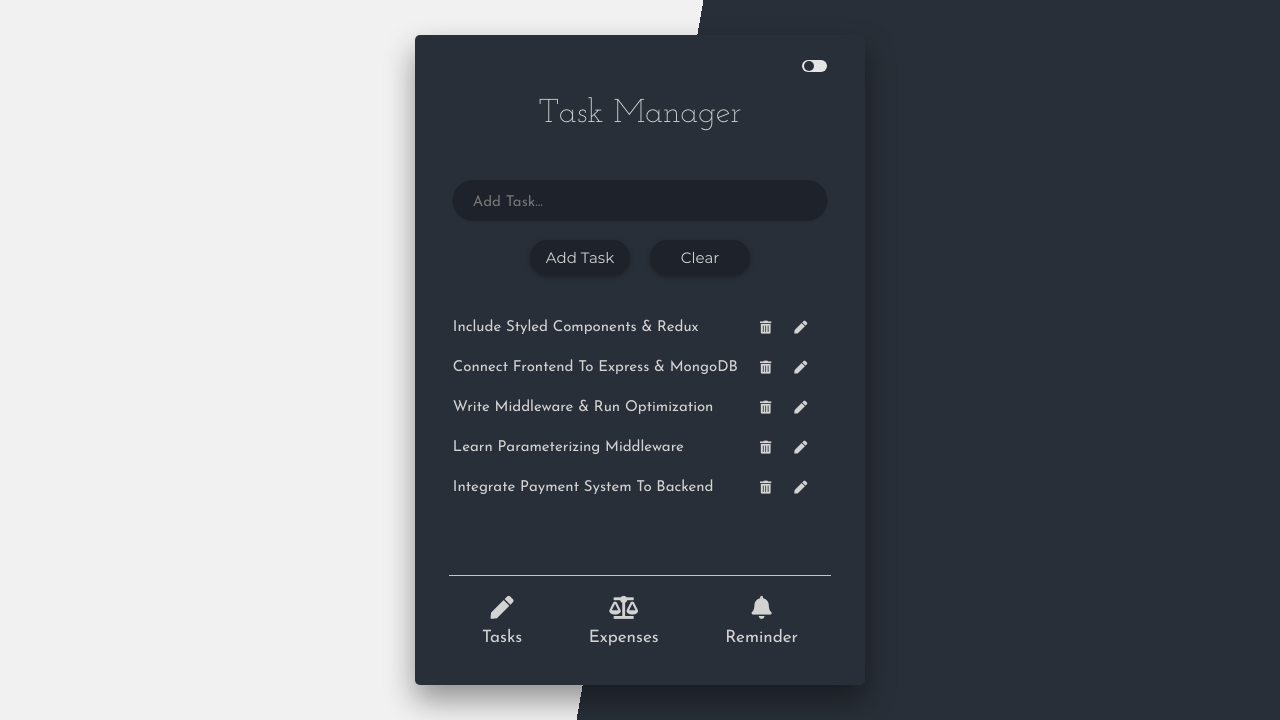
Repository: Kol124/react-task-manager
Page: /
These files come from the project's save history. The page is drawn as it stood at one moment and after the next save; the edit follows.
The browser window is 1280 px wide. The pictures show the whole page.
The project was rebuilt for these pictures with package versions that can differ from the ones it lists, and the page was loaded fresh each time. Also part of the build but not shown: src/reducer/ExpenseReducer.js, src/context/ExpenseContext.js, src/components/expenses/Balance.js, src/components/expenses/IncomeExpenses.js, src/components/expenses/Transaction.js, src/components/expenses/TransactionList.js, src/components/expenses/AddTransaction.js, src/components/expenses/Expense.js and 1 more.

Above is the page before, as saved 2021-06-25 18:31:58.

After the next save:
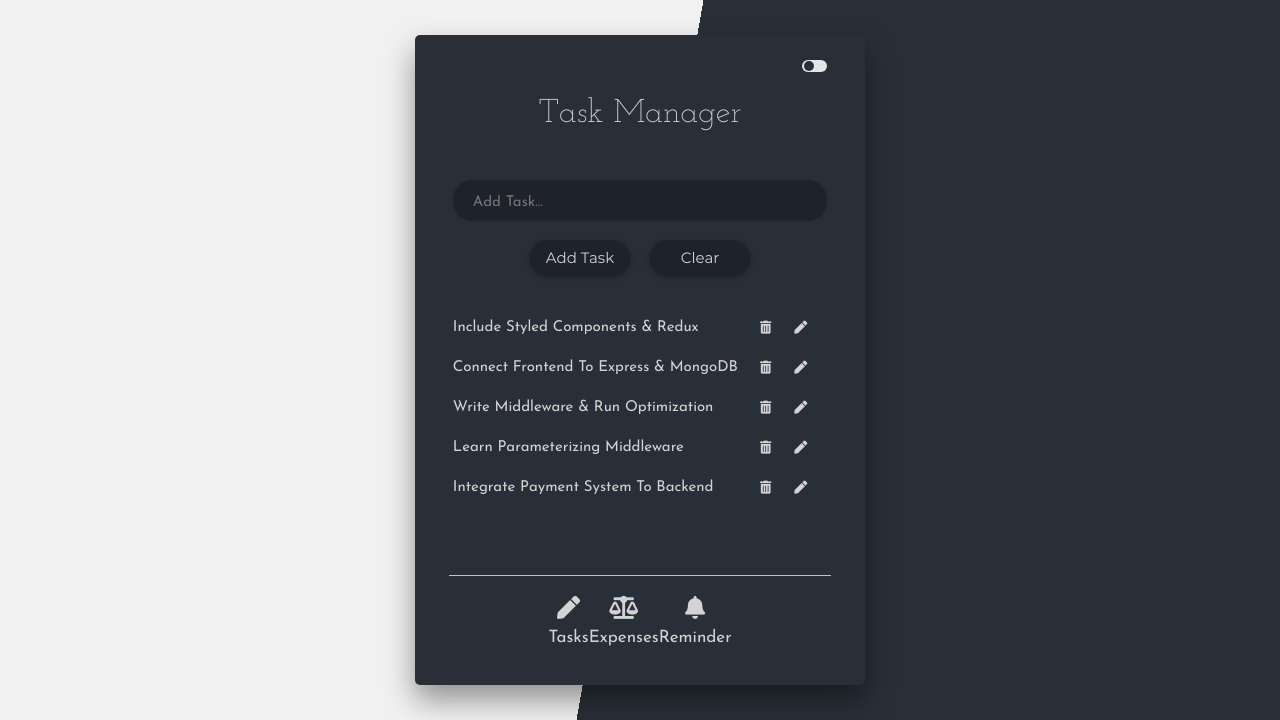
Saved 18 s later.
--- a/src/App.css
+++ b/src/App.css
@@ -218,7 +218,7 @@
 
 footer .nav {
   display: flex;
-  justify-content: space-around;
+  justify-content: center;
   border-top: 1px solid #c5c5c5;
   padding-top: 2rem;
   list-style: none;

After the save that followed:
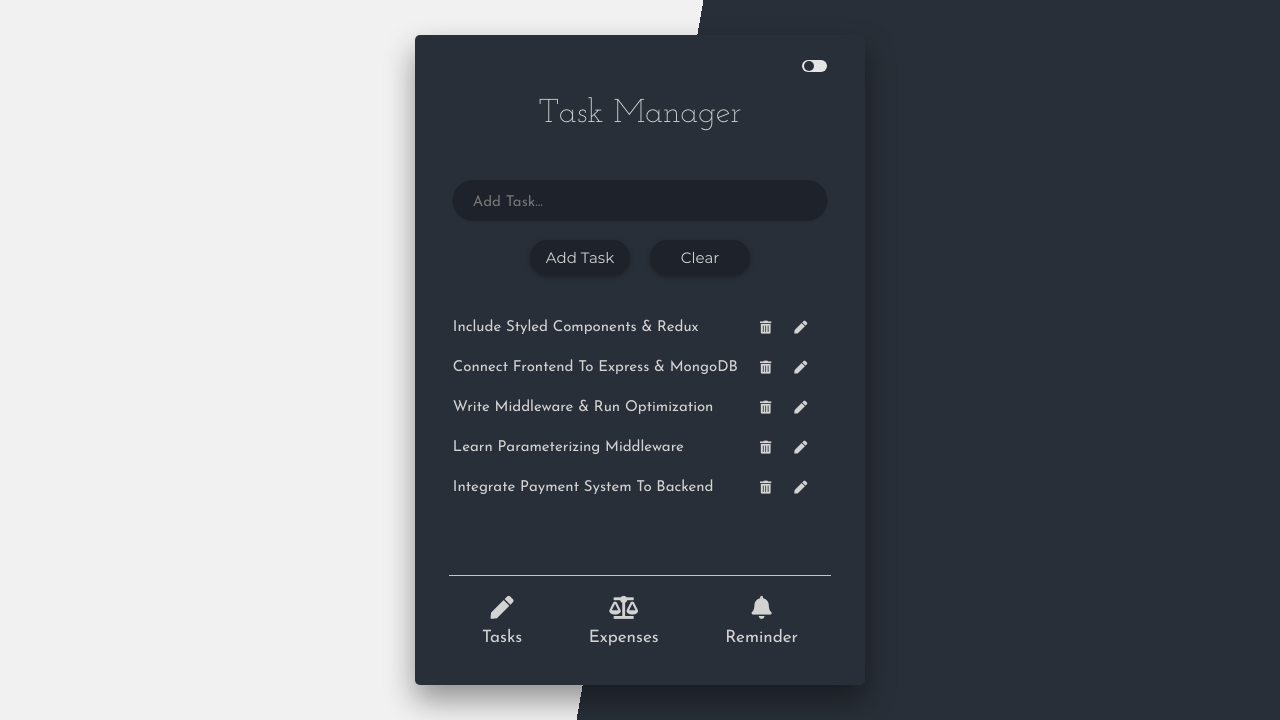
Saved 54 s later.
--- a/src/App.css
+++ b/src/App.css
@@ -218,7 +218,7 @@
 
 footer .nav {
   display: flex;
-  justify-content: center;
+  justify-content: space-around;
   border-top: 1px solid #c5c5c5;
   padding-top: 2rem;
   list-style: none;
